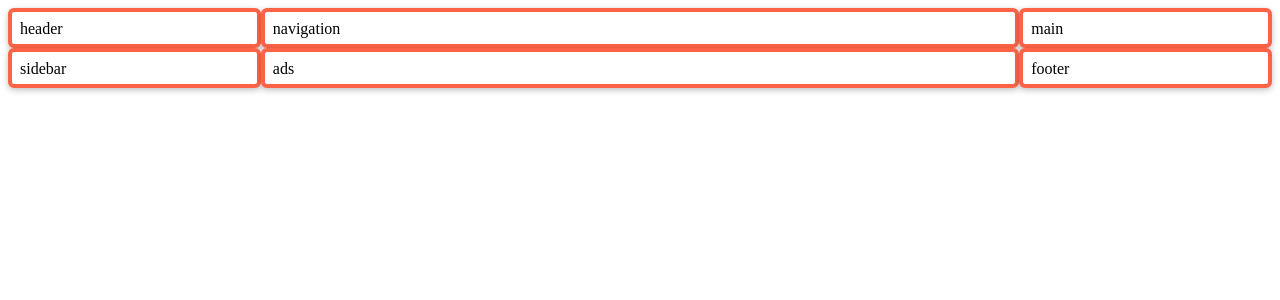
Repository: cokoduwa/css-layouts
Page: grid-exercises/03-page-layout/layout.html
These files come from the project's save history. The page is drawn as it stood at one moment and after the next save; the edit follows.
The browser window is 1280 px wide. The pictures show the whole page.

Above is the page before, as saved 2022-09-29 21:43:58.

After the next save:
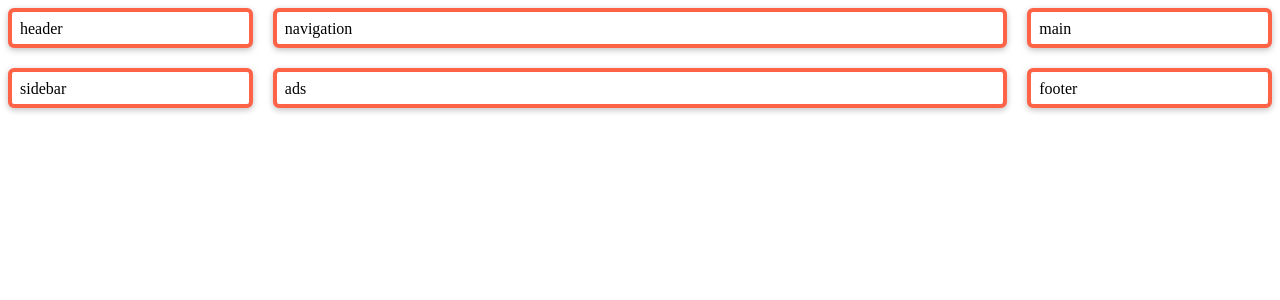
Saved 34 s later.
--- a/grid-exercises/03-page-layout/style.css
+++ b/grid-exercises/03-page-layout/style.css
@@ -10,4 +10,6 @@
   display: grid;
   grid-template-columns: 1fr 3fr 1fr;
   grid-template-rows: 40px 40px auto 40px;
+  row-gap: 20px;
+  column-gap: 20px;
 }
